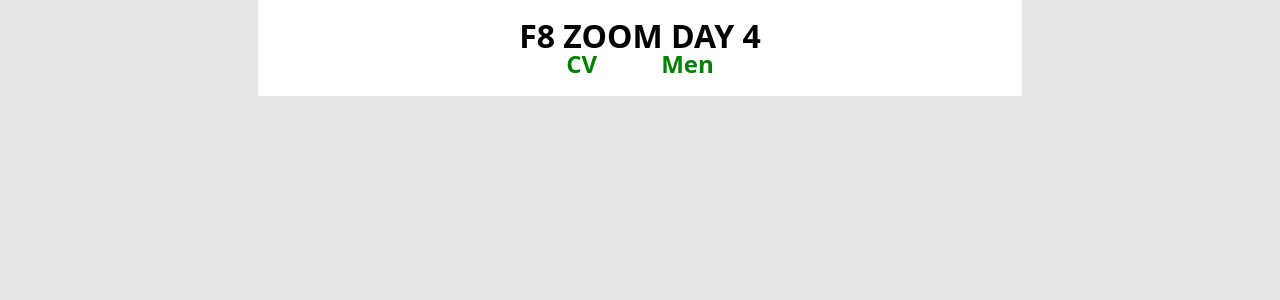
Repository: lannguyen1301/f8-zoom-day-4
Page: index.html
An editor plug-in stored every save of this project. The page is shown before and after a run of saves, followed by the edit.
The browser window is 1280 px wide. The pictures show the whole page.

Above is the page before, as saved 2025-04-17 22:54:05.

After the next 2 saves:
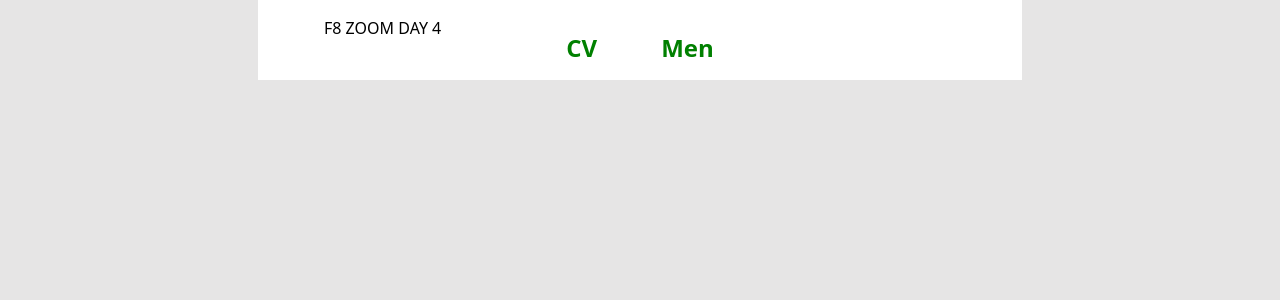
The 2 saves are shown as one change because they came seconds apart.
The last was saved 13 s later.
--- a/index.html
+++ b/index.html
@@ -12,7 +12,7 @@
 <body>
     <div class="content">
         <div class="top-dsesc">
-            <h1 class="title">F8 ZOOM DAY 4</h1>
+            <h1 class="title-desc">F8 ZOOM DAY 4</h1>
             <ul class="list">
                 <li class="item">
                     <a href="./cv.html" class="link">CV</a>

After the save that followed:
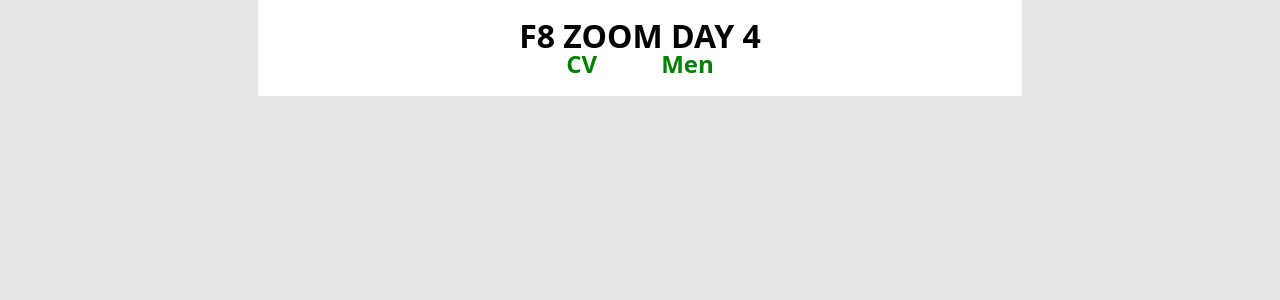
Saved 7 s later.
--- a/assets/css/style.css
+++ b/assets/css/style.css
@@ -21,7 +21,7 @@ a {
     background-color: #fff;
 }
 
-.title {
+.title-desc {
     /* margin: 30px 0; */
     font-size: 32px;
     color: #020202;
